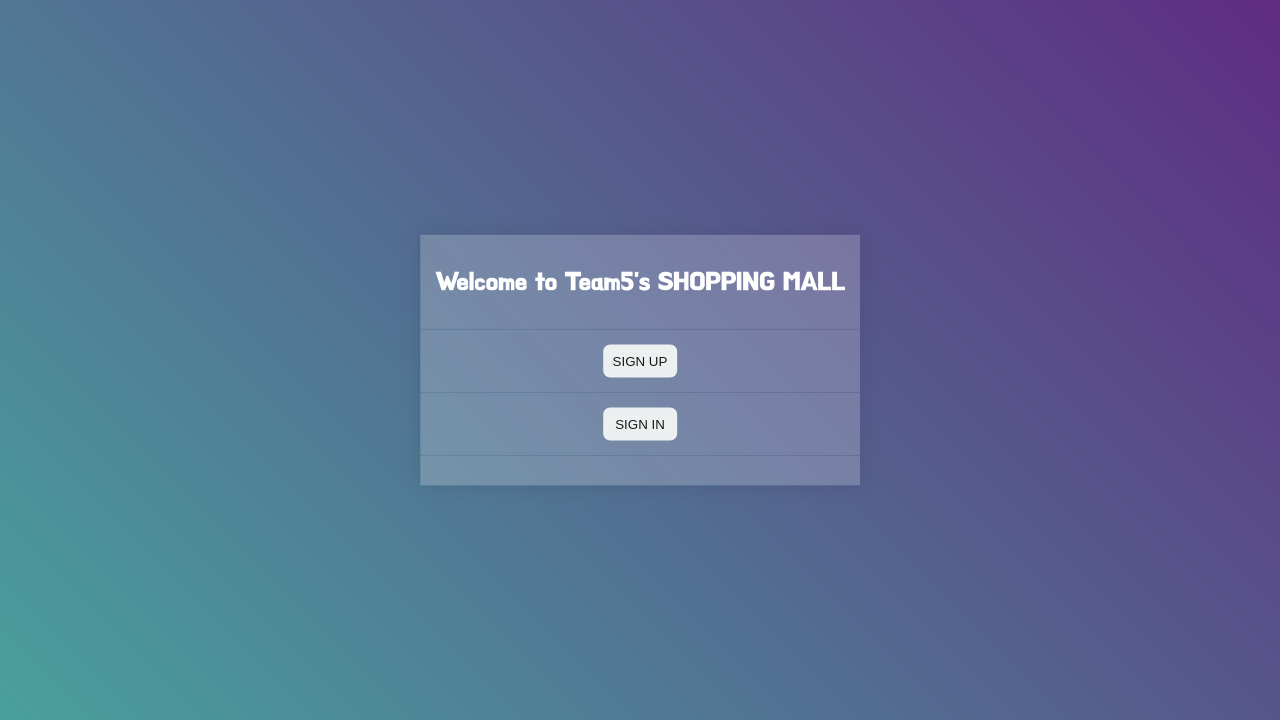
Repository: MIR013/KNU_DB_Project_Team5
Page: dbphase/Databaase/WebContent/main.html
An editor plug-in stored every save of this project. The page is shown before and after the next save, followed by the edit.
The browser window is 1280 px wide. The pictures show the whole page.

Above is the page before, as saved 2018-11-22 10:09:37.

### dbphase/Databaase/WebContent/main.html
<!DOCTYPE html>
<html>
<head>
<meta charset="UTF-8">
<link rel='stylesheet' type='text/css' href='mystyle.css'>
<title>Team 5's Shoppping Mall</title>
</head>
<body>

	<form>
	<div class="container">
		<table>
			<tr>
				<th><h2> Welcome to Team5's SHOPPING MALL </h2></th>
			</tr>
			<tr>
				<td><input type="button" value="SIGN UP" onclick="location.href='Sign_up.html'"/> </td>
			</tr>
			<tr>
				<td><input type="button" value="SIGN IN" onclick="location.href='Sign_in.html'"/> </td>
			</tr>
			<tr><td></td></tr>

		</table>
	</div>
	</form>

</body>
</html>

### dbphase/Databaase/WebContent/mystyle.css


@font-face{
	font-family:"hanna";
	src:url("hanna.ttf")format("truetype");
}




input {
    width: 18%;
    text-align: center;

    padding: 1ex;
    border: 2px solid #ECF0F1;
    transition: border ease 500ms;
    border-radius: 1ex;
    background: #ECF0F1;
    color: #181818;

    &:focus {
      outline: none;
      border: 2px solid #3498DB;
    }

    &:not(:last-child) {
      margin-bottom: 1ex;
    }
}
button {
   color: white;
   border: 2px solid #3498DB;
   background: #3498DB;
}

html,
body {
	height: 100%;
}


body {
	margin: 0;
	background: linear-gradient(45deg, #49a09d, #5f2c82);
	font-family: hanna;
	font-weight: 100;
}

.container {
	position: absolute;
	top: 50%;
	left: 50%;
	transform: translate(-50%, -50%);
}

table {
	/*width: 800px;*/
	border-collapse: collapse;
	overflow: hidden;
	box-shadow: 0 0 20px rgba(0,0,0,0.1);
}

th,
td {
	white-space:nowrap;
	text-align: center;
	padding: 15px;
	background-color: rgba(255,255,255,0.2);
	color: #fff;
	margin-left: auto; margin-right: auto;
}

th {
	text-align: center;
}

thead {
	th {
		background-color: #55608f;
	}
}

tbody {
	tr {
		&:hover {
			background-color: rgba(255,255,255,0.3);
		}
	}
	td {
		position: relative;
		&:hover {
			&:before {
				content: "";
				position: absolute;
				left: 0;
				right: 0;
				top: -9999px;
				bottom: -9999px;
				background-color: rgba(255,255,255,0.2);
				z-index: -1;
			}
		}
	}
}

After the next save:
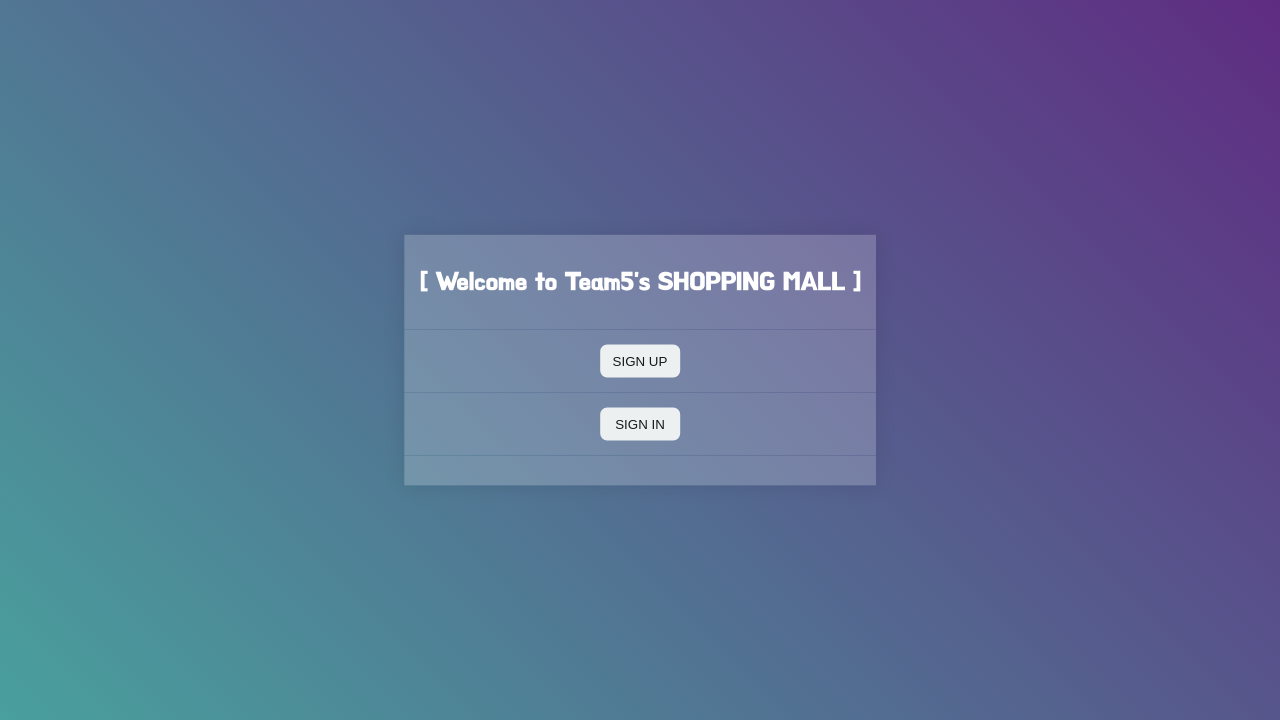
Saved 19 s later.
--- a/dbphase/Databaase/WebContent/main.html
+++ b/dbphase/Databaase/WebContent/main.html
@@ -11,7 +11,7 @@
 	<div class="container">
 		<table>
 			<tr>
-				<th><h2> Welcome to Team5's SHOPPING MALL </h2></th>
+				<th><h2> [ Welcome to Team5's SHOPPING MALL ] </h2></th>
 			</tr>
 			<tr>
 				<td><input type="button" value="SIGN UP" onclick="location.href='Sign_up.html'"/> </td>
